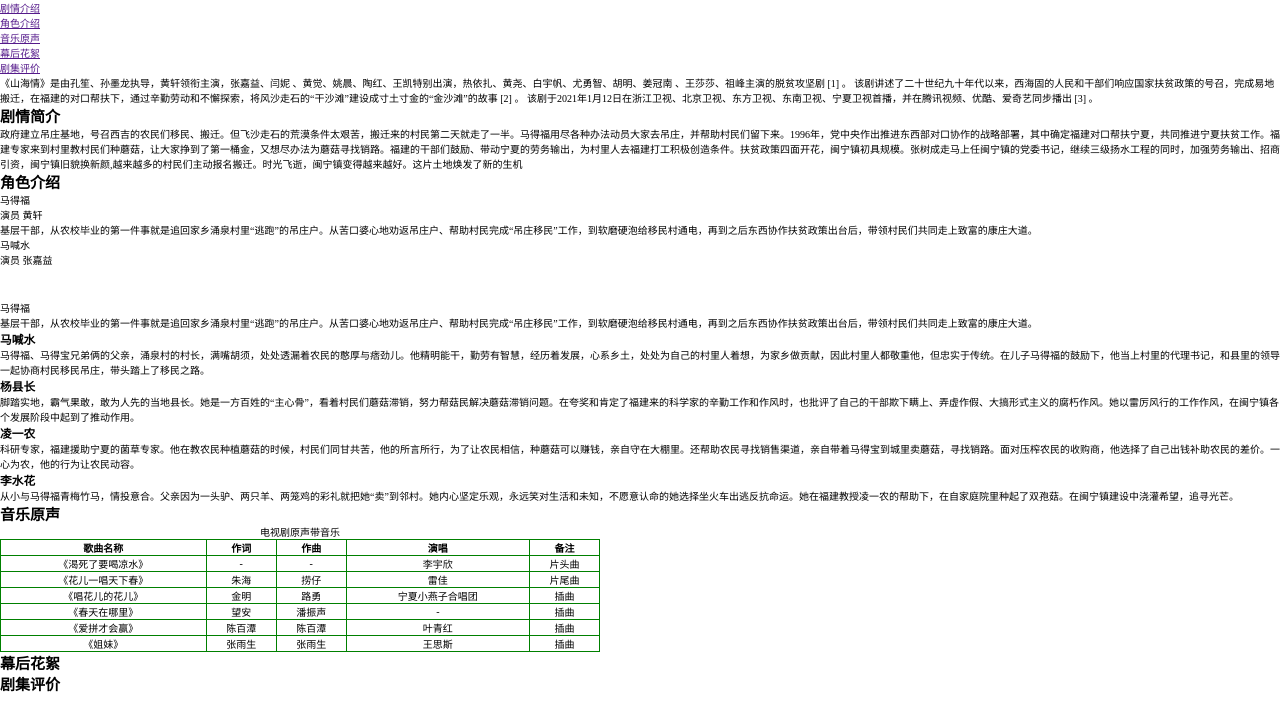
Repository: Lixianlai-2/static-website
Page: index.html
An editor plug-in stored every save of this project. The page is shown before and after the next save, followed by the edit.
The browser window is 1280 px wide. The pictures show the whole page.

Above is the page before, as saved 2021-11-30 20:18:56.

After the next save:
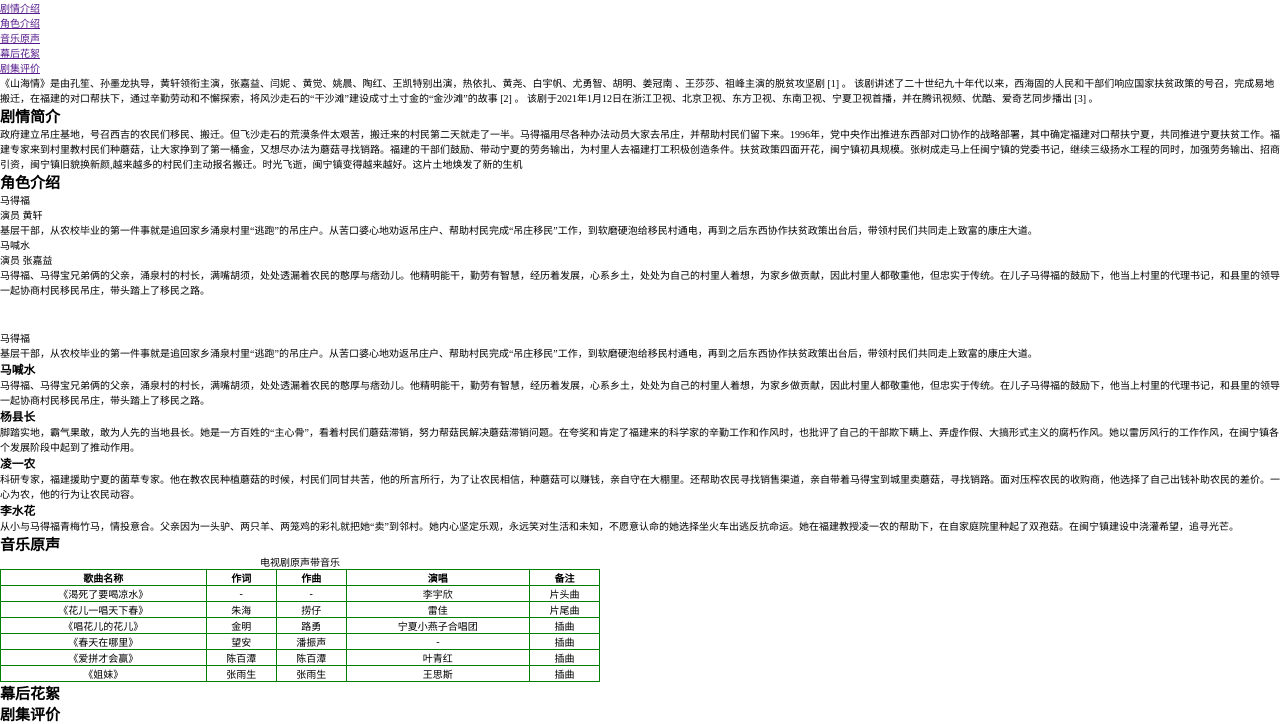
Saved 34 s later.
--- a/index.html
+++ b/index.html
@@ -96,7 +96,11 @@
               <div class="role-actor">
                 <span class="item-key">演员</span
                 ><span class="item-value"> 张嘉益</span>
-                <dl></dl>
+                <dl>
+                  <p>
+                    马得福、马得宝兄弟俩的父亲，涌泉村的村长，满嘴胡须，处处透漏着农民的憨厚与痞劲儿。他精明能干，勤劳有智慧，经历着发展，心系乡土，处处为自己的村里人着想，为家乡做贡献，因此村里人都敬重他，但忠实于传统。在儿子马得福的鼓励下，他当上村里的代理书记，和县里的领导一起协商村民移民吊庄，带头踏上了移民之路。
+                  </p>
+                </dl>
               </div>
             </div>
           </dt>
